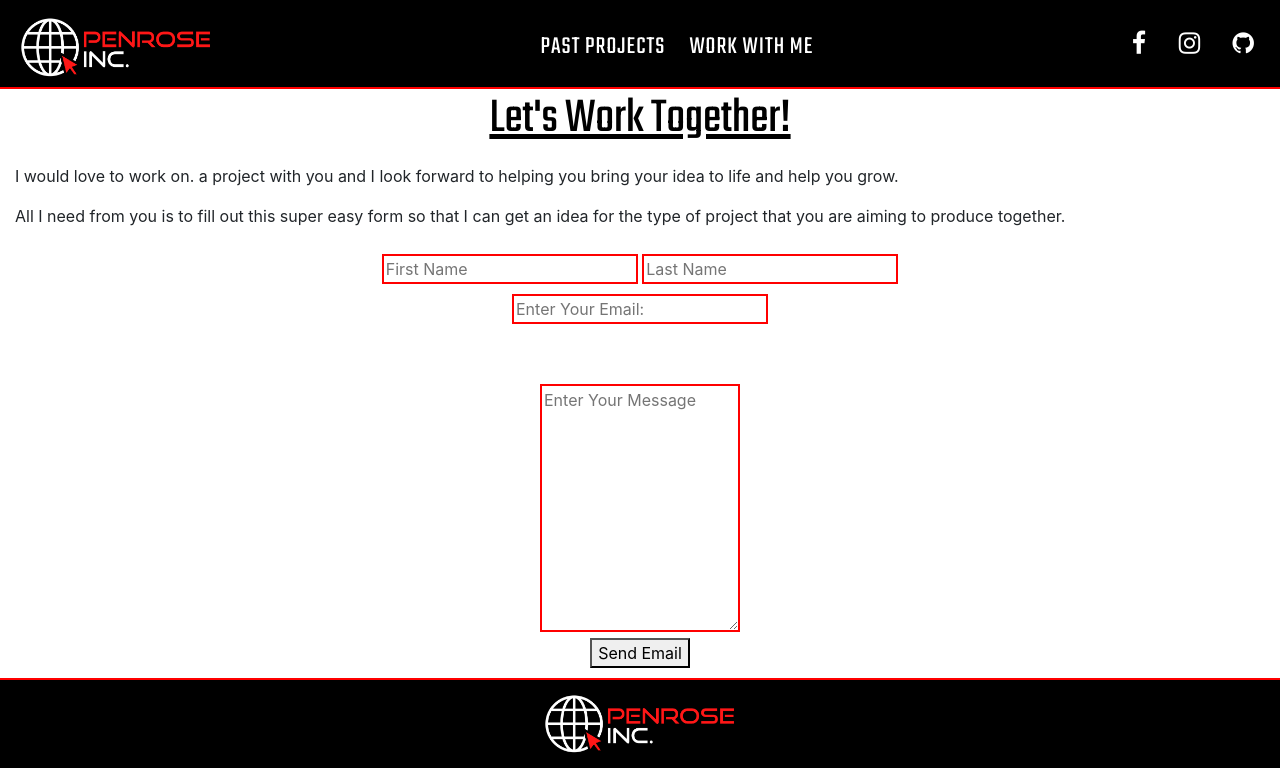
Repository: mrwillpenrose/penrose-inc
Page: work-with-me.html
The author's editor kept a record of every edit. The page is drawn from the files as they stood at one moment, then again after the next edit.
The browser window is 1280 px wide. The pictures show the whole page.
Some web libraries are served in a nearby version.

Above is the page before.

After the next edit:
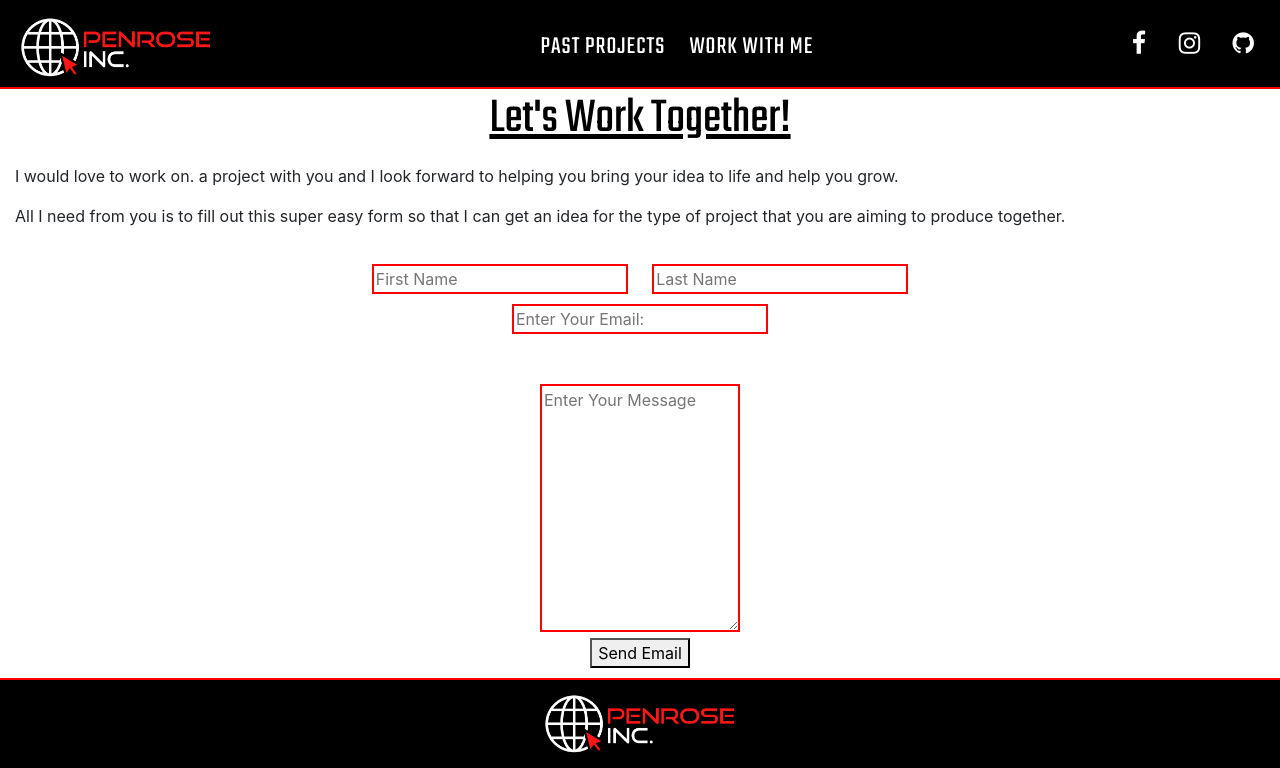
The edit:
--- a/css/style.css
+++ b/css/style.css
@@ -139,8 +139,8 @@
     padding: 10px;
 }
 
-input {
-    margin-bottom: 10px;
+form .name {
+    margin: 10px;
 }
 
 textarea {
